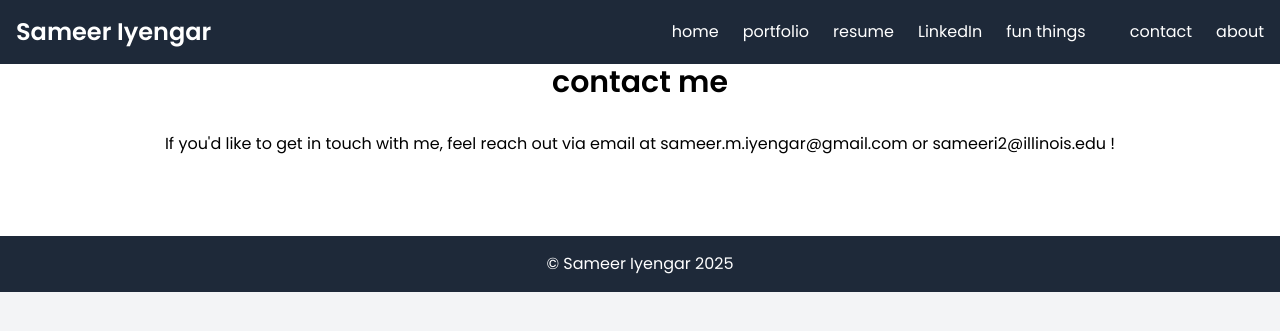
Repository: siyengar04/siyengar04.github.io
Page: contact.html
The author's editor kept a copy of each file at every save. The page is drawn from the files as they stood at one save, then again after the next save.
The browser window is 1280 px wide. The pictures show the whole page.

Above is the page before, as saved 2025-07-05 16:53:52.

After the next save:
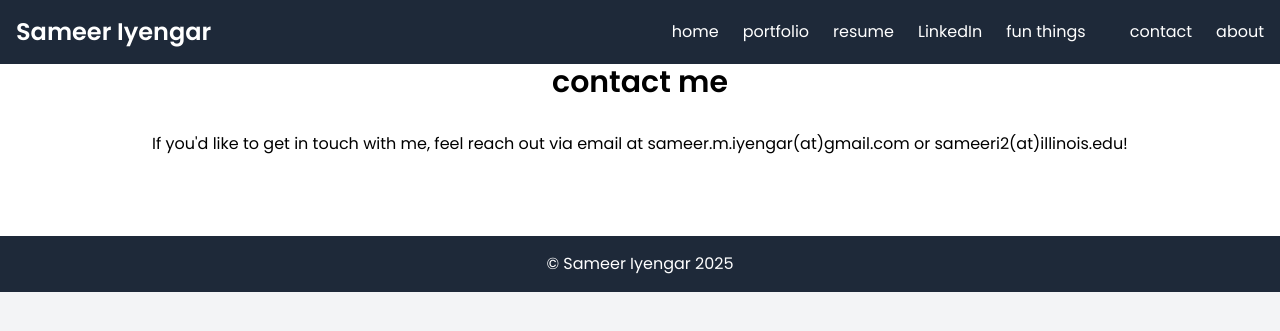
Saved 36 s later.
--- a/contact.html
+++ b/contact.html
@@ -114,7 +114,7 @@
     <section id="contact" class="py-16 bg-white contact">
         <div class="container px-4 mx-auto text-center">
             <h2 class="mb-8 text-3xl font-bold">contact me</h2>
-            <p class="mb-4">If you'd like to get in touch with me, feel reach out via email at<a href= "mailto: sameer.m.iyengar@gmail.com"> sameer.m.iyengar@gmail.com </a> or <a href= "mailto: sameeri2@illinois.edu"> sameeri2@illinois.edu </a>!</p>
+            <p class="mb-4">If you'd like to get in touch with me, feel reach out via email at sameer.m.iyengar(at)gmail.com or sameeri2(at)illinois.edu!</p>
 
         </div>
     </section>
